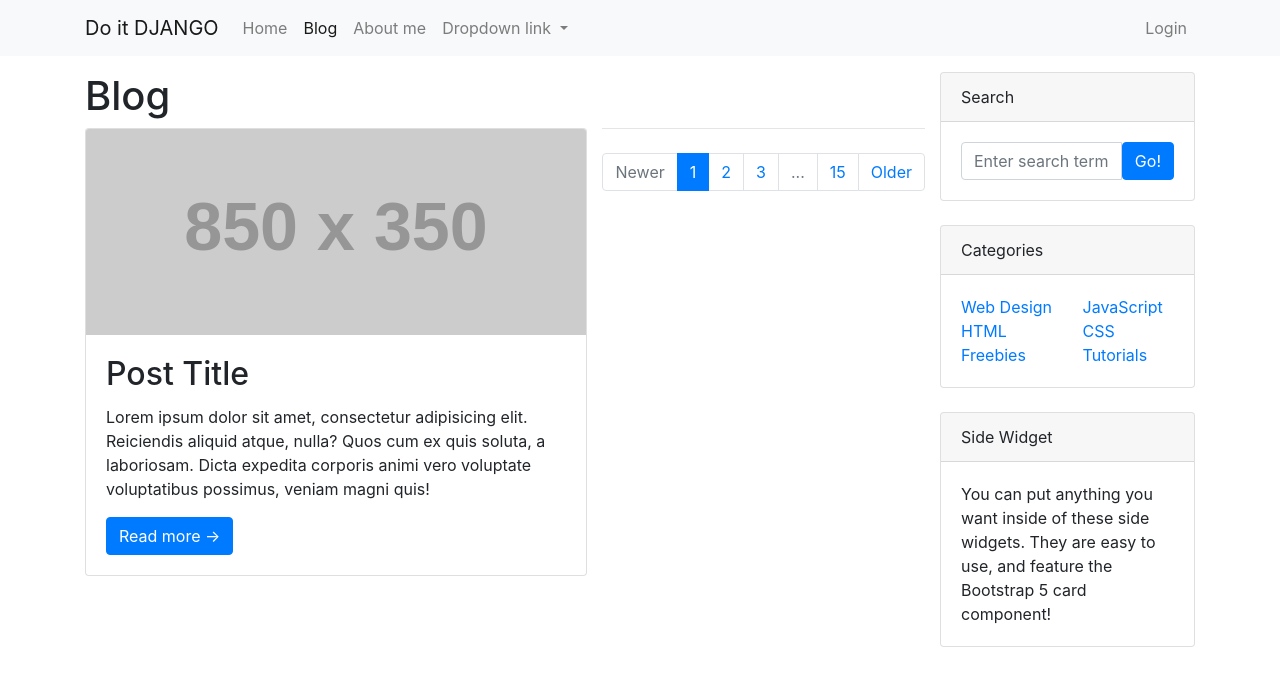
Repository: lwygold/do_it_ft
Page: blog_list.html
The author's editor kept a copy of each file at every save. The page is drawn from the files as they stood at one save, then again after the next save.
The browser window is 1280 px wide. The pictures show the whole page.

Above is the page before, as saved 2021-08-11 21:27:25.

After the next save:
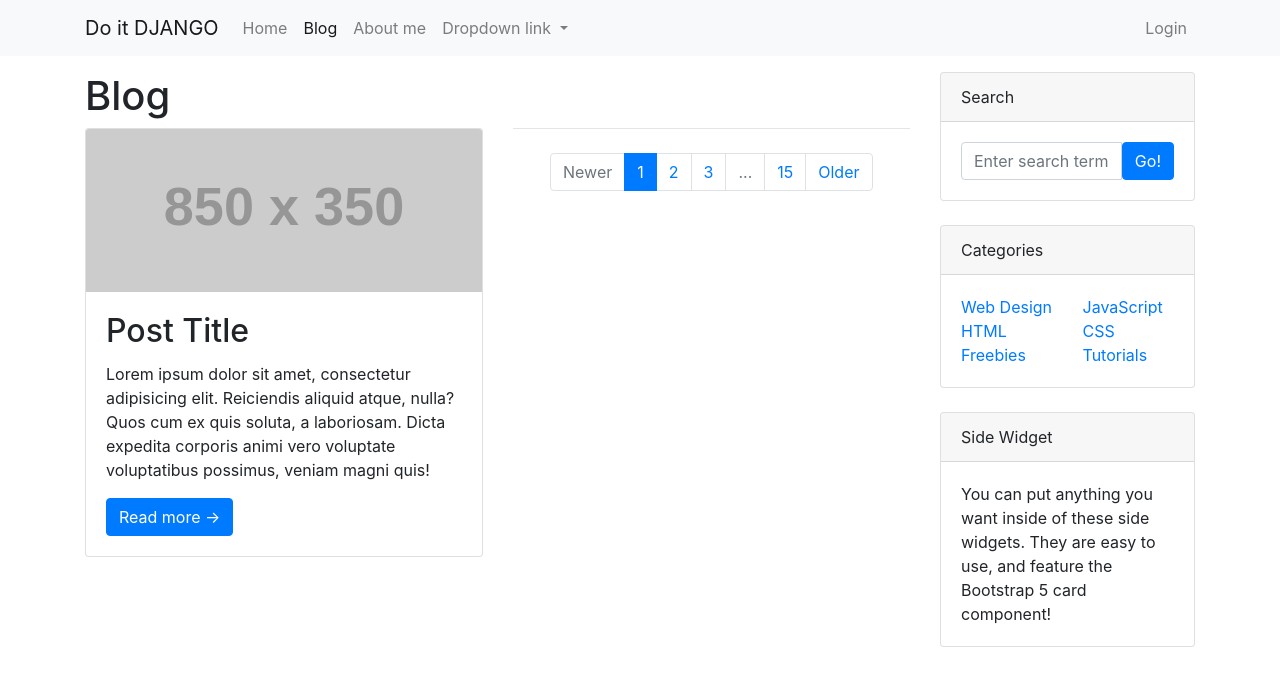
Saved 18 s later.
--- a/blog_list.html
+++ b/blog_list.html
@@ -74,19 +74,20 @@
                             </div>
                         </div>
                     </div>
-
-                    <nav aria-label="Pagination">
-                        <hr class="my-0">
-                        <ul class="pagination justify-content-center my-4">
-                            <li class="page-item disabled"><a class="page-link" href="#" tabindex="-1" aria-disabled="true">Newer</a></li>
-                            <li class="page-item active" aria-current="page"><a class="page-link" href="#!">1</a></li>
-                            <li class="page-item"><a class="page-link" href="#!">2</a></li>
-                            <li class="page-item"><a class="page-link" href="#!">3</a></li>
-                            <li class="page-item disabled"><a class="page-link" href="#!">...</a></li>
-                            <li class="page-item"><a class="page-link" href="#!">15</a></li>
-                            <li class="page-item"><a class="page-link" href="#!">Older</a></li>
-                        </ul>
-                    </nav>
+                    <div class="col">
+                        <nav aria-label="Pagination">
+                            <hr class="my-0">
+                            <ul class="pagination justify-content-center my-4">
+                                <li class="page-item disabled"><a class="page-link" href="#" tabindex="-1" aria-disabled="true">Newer</a></li>
+                                <li class="page-item active" aria-current="page"><a class="page-link" href="#!">1</a></li>
+                                <li class="page-item"><a class="page-link" href="#!">2</a></li>
+                                <li class="page-item"><a class="page-link" href="#!">3</a></li>
+                                <li class="page-item disabled"><a class="page-link" href="#!">...</a></li>
+                                <li class="page-item"><a class="page-link" href="#!">15</a></li>
+                                <li class="page-item"><a class="page-link" href="#!">Older</a></li>
+                            </ul>
+                        </nav>
+                    </div>
 
 
                 </div>
